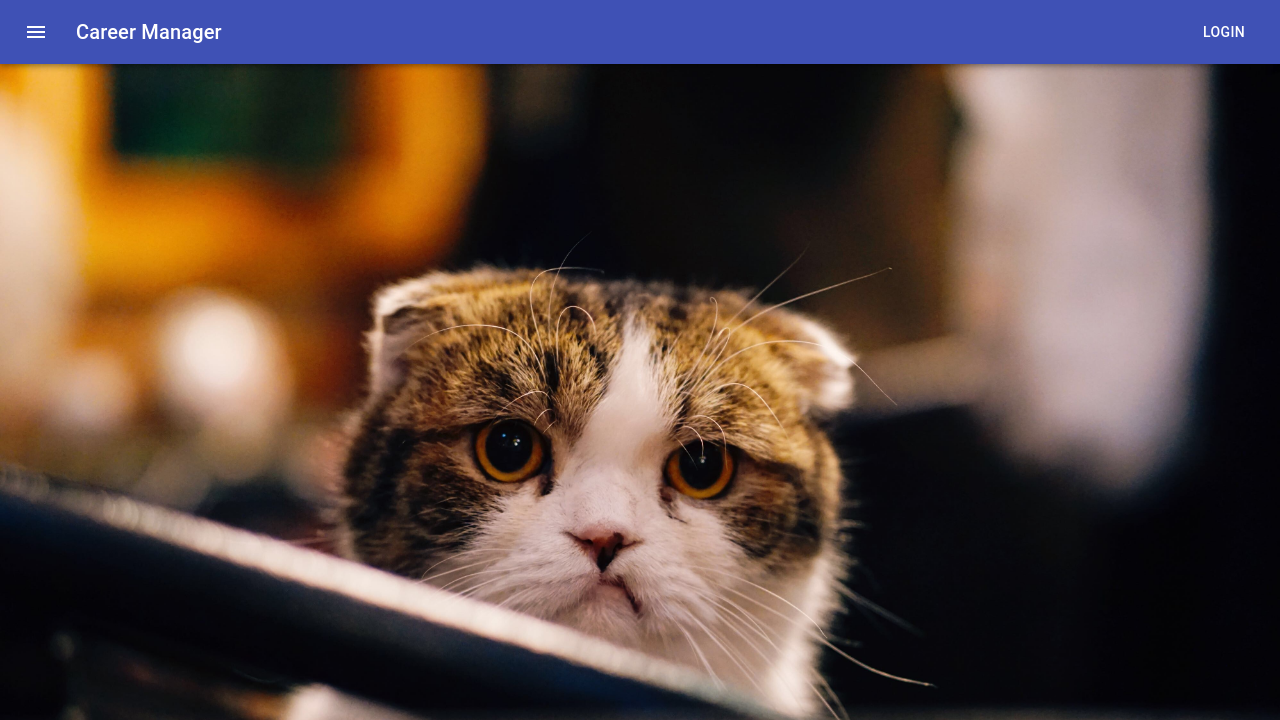
Repository: kinetic-coder/career-manager
Page: /
The author's editor kept a copy of each file at every save. The page is drawn from the files as they stood at one save, then again after the next save.
The browser window is 1280 px wide. The pictures show the whole page.
The project was rebuilt for these pictures with package versions that can differ from the ones it lists, and the page was loaded fresh each time. Also part of the build but not shown: src/views/ErrorPage/ErrorPage.js.

Above is the page before, as saved 2020-10-08 11:00:23.

After the next save:
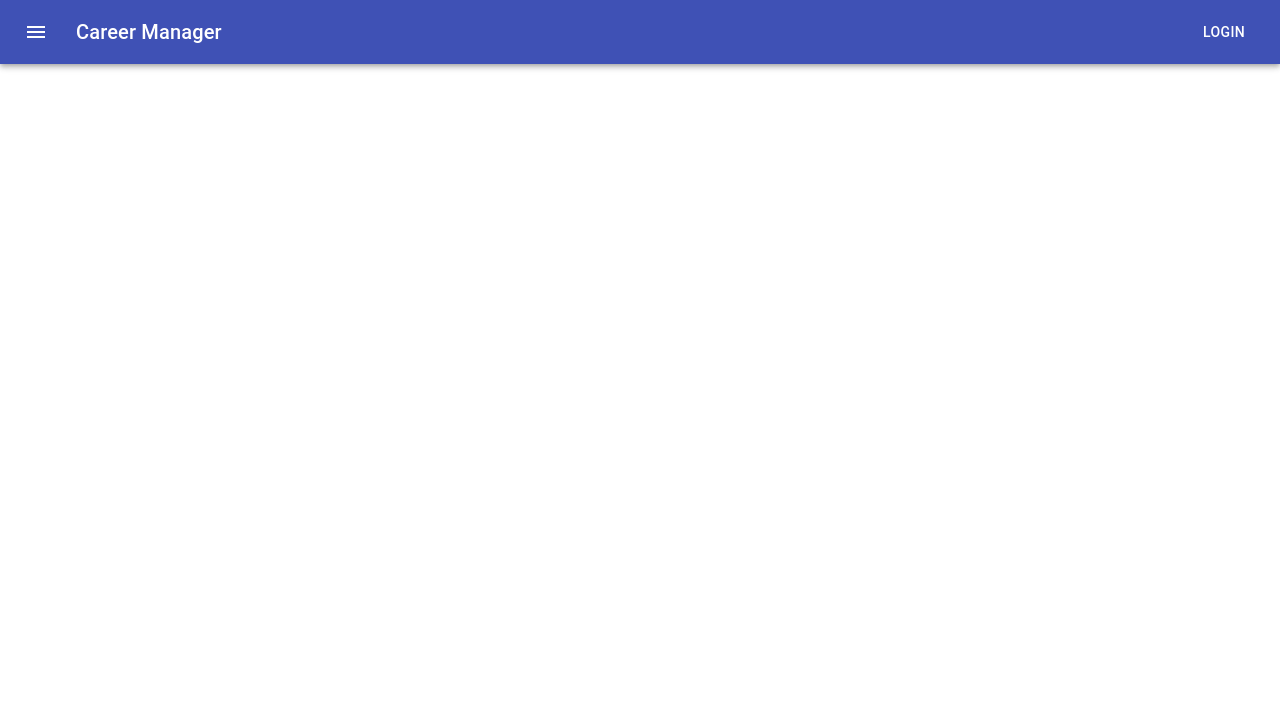
Saved 9 s later.
--- a/src/views/ErrorPage/ErrorPage.css
+++ b/src/views/ErrorPage/ErrorPage.css
@@ -6,6 +6,8 @@
     color:white;
 }
 
+.error-message-
+
 html {
     background-image: url('./cat-error.jpg');
     min-height: 100%;

After the save that followed:
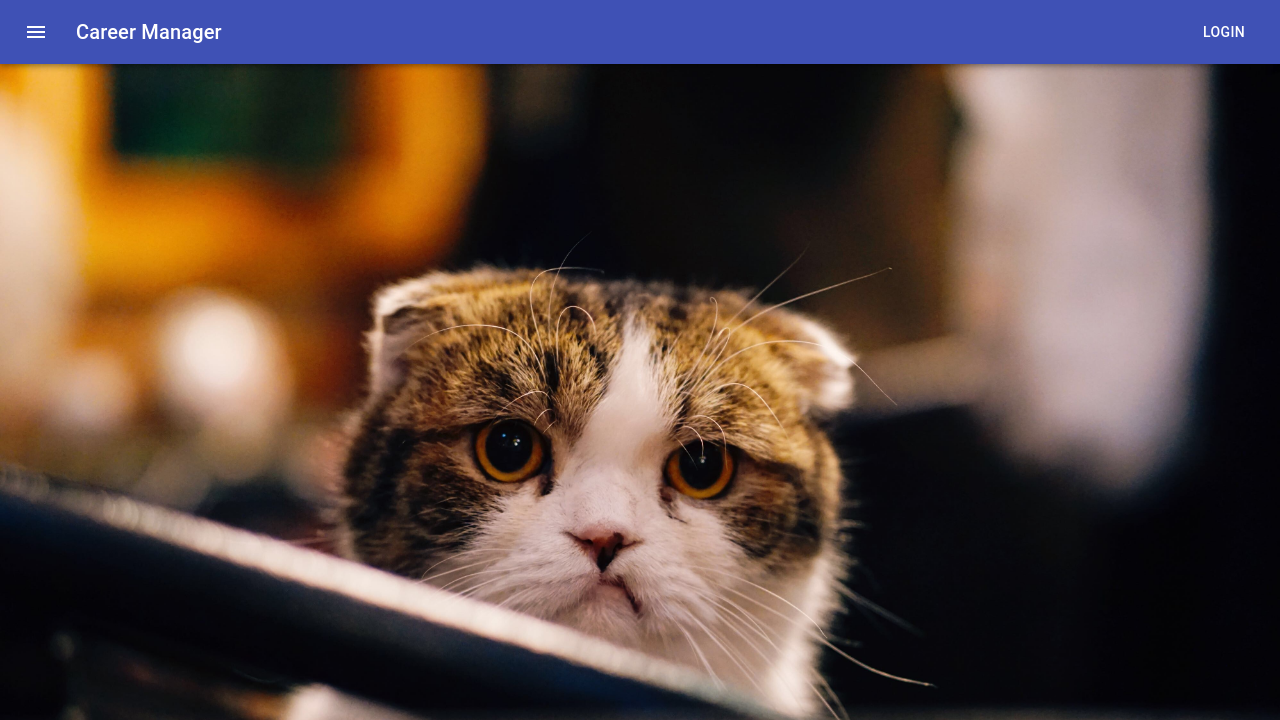
Saved 4 s later.
--- a/src/views/ErrorPage/ErrorPage.css
+++ b/src/views/ErrorPage/ErrorPage.css
@@ -6,7 +6,9 @@
     color:white;
 }
 
-.error-message-
+.error-message-section {
+
+}
 
 html {
     background-image: url('./cat-error.jpg');
